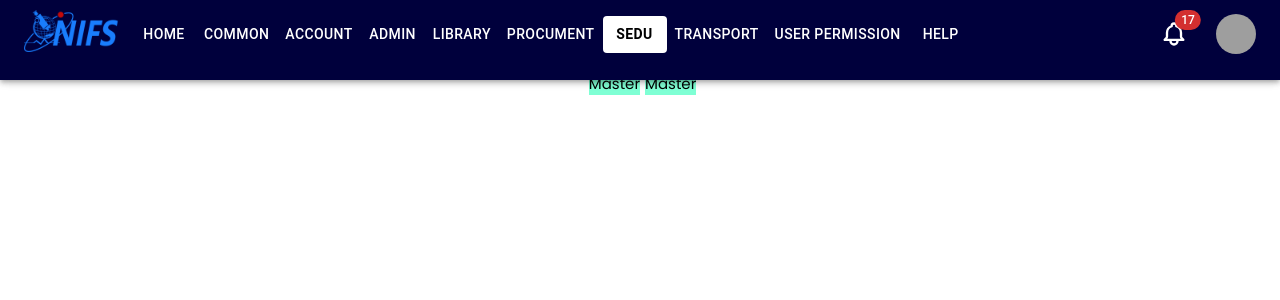
Repository: virangaj/NIFS-WebApp
Page: /sedu (app in client/)
The author's editor kept a copy of each file at every save. The page is drawn from the files as they stood at one save, then again after the next save.
The browser window is 1280 px wide. The pictures show the whole page.
Pictures or frames that could not be fetched are drawn as grey boxes. The project was rebuilt for these pictures with package versions that can differ from the ones it lists, and the page was loaded fresh each time. Also part of the build but not shown: client/src/pages/Login.tsx, client/src/pages/Home.tsx, client/src/components/Transport/shared/TransportNavbar.js, client/src/pages/TransportMainPage.tsx, client/src/pages/CommonMainPage.tsx, client/src/pages/AccountMainPage.tsx, client/src/pages/AdminMainPage.tsx, client/src/pages/LibraryMainPage.js and 4 more.

Above is the page before, as saved 2022-07-27 00:39:58.

### client/public/index.html
<!DOCTYPE html>
<html lang="en">
	<head>
		<meta charset="utf-8" />
		<link rel="icon" href="nifs_logo.png" />
		<meta name="viewport" content="width=device-width, initial-scale=1" />
		<meta name="theme-color" content="#000000" />
		<meta
			name="description"
			content="Web site created using create-react-app"
		/>
		<link rel="apple-touch-icon" href="%PUBLIC_URL%/logo192.png" />
		<!--
      manifest.json provides metadata used when your web app is installed on a
      user's mobile device or desktop. See https://developers.google.com/web/fundamentals/web-app-manifest/
    -->
		<link rel="manifest" href="%PUBLIC_URL%/manifest.json" />
		<!--
      Notice the use of %PUBLIC_URL% in the tags above.
      It will be replaced with the URL of the `public` folder during the build.
      Only files inside the `public` folder can be referenced from the HTML.

      Unlike "/favicon.ico" or "favicon.ico", "%PUBLIC_URL%/favicon.ico" will
      work correctly both with client-side routing and a non-root public URL.
      Learn how to configure a non-root public URL by running `npm run build`.
    -->
		<link
			href="https://fonts.googleapis.com/css?family=Poppins"
			rel="stylesheet"
		/>
		<title>NIFS Dashboard</title>
	</head>
	<body>
		<noscript>You need to enable JavaScript to run this app.</noscript>
		<div id="root"></div>
		<!--
      This HTML file is a template.
      If you open it directly in the browser, you will see an empty page.

      You can add webfonts, meta tags, or analytics to this file.
      The build step will place the bundled scripts into the <body> tag.

      To begin the development, run `npm start` or `yarn start`.
      To create a production bundle, use `npm run build` or `yarn build`.
    -->
	</body>
</html>

### client/src/index.css
* {
  margin: 0;
}

body {
  font-family: 'Poppins';
  -webkit-font-smoothing: antialiased;
  -moz-osx-font-smoothing: grayscale;
}

:root {
  --main-navbar-back: #00003c;

}


.nav-logo {
  width: 100px;
  height: auto;
}

/* main navbar */
.main-navbar {
  background-color: var(--main-navbar-back) !important;
  width: 100% !important;
  height: 80px !important;

}



/* secondary navbar */
.secondary-navbar {
  margin-top: 10vh !important;
  margin: auto;
}

.nav-flex-section {
  display: flex;
  justify-content: center;
}

.nav-flex-inside {
  margin-left: 5px;
  margin-left: 5px;
}

.nav-title {
  font-size: 15px;

}

.nav-title-section {
  background-color: aquamarine;
}

/* body content */
.body-content {
  margin: auto;
  width: 90%;
  margin-top: 10vh;

}

.sub-body-content {
  margin: auto;
  width: 90%;
  margin-top: 3vh;
}

### client/src/App.tsx
import React, { useEffect } from 'react';
import Navbar from './components/shared/Navbar';
import Login from './pages/Login'
import { BrowserRouter as Router, Route, Routes } from 'react-router-dom'
import Home from './pages/Home';
import TransportMainPage from './pages/TransportMainPage';
import CommonMainPage from './pages/CommonMainPage';
import AccountMainPage from './pages/AccountMainPage';
import AdminMainPage from './pages/AdminMainPage';
import LibraryMainPage from './pages/LibraryMainPage';
import ProcumentMainPage from './pages/ProcumentMainPage';
import SeduMainPage from './pages/SeduMainPage';
import UserPermissionMainPage from './pages/UserPermissionMainPage';
import NotificationMainPage from './pages/NotificationMainPage';
import HelpMainPage from './pages/HelpMainPage';

function App() {


  return (
    <Router>
      <Navbar />
      <Routes>

        <Route path="/login" element={<Login />} />
        <Route path="/" element={<Home />} />
        <Route path="/common/*" element={<CommonMainPage />} />
        <Route path="/account/*" element={<AccountMainPage />} />
        <Route path="/admin/*" element={<AdminMainPage />} />
        <Route path="/library/*" element={<LibraryMainPage />} />
        <Route path="/procument/*" element={<ProcumentMainPage />} />
        <Route path="/sedu/*" element={<SeduMainPage />} />
        <Route path="/transport/*" element={<TransportMainPage />} />
        <Route
          path="/user-permission/*"
          element={<UserPermissionMainPage />}
        />
        <Route
          path="/notification/*"
          element={<NotificationMainPage />}
        />
        <Route path="/help/*" element={<HelpMainPage />} />
      </Routes>


    </Router>
  );
}

export default App;

### client/src/components/shared/Navbar.tsx
import * as React from 'react';
import AppBar from '@mui/material/AppBar';
import Box from '@mui/material/Box';
import Toolbar from '@mui/material/Toolbar';
import IconButton from '@mui/material/IconButton';
import Typography from '@mui/material/Typography';
import Menu from '@mui/material/Menu';
import Container from '@mui/material/Container';
import Avatar from '@mui/material/Avatar';
import Button from '@mui/material/Button';
import Tooltip from '@mui/material/Tooltip';
import MenuItem from '@mui/material/MenuItem';
import { HiMenuAlt2, HiOutlineBell } from "react-icons/hi";
import Badge from '@mui/material/Badge';
import Logo from '../../images/nifs_logo.png'
import { Link, useLocation } from 'react-router-dom';
const pages = [
    {
        id: 0,
        title: 'Home',
        link: '/',
    },
    {
        id: 1,
        title: 'Common',
        link: '/common',
    },
    {
        id: 2,
        title: 'Account',
        link: '/account',
    },
    {
        id: 3,
        title: 'Admin',
        link: '/admin',
    },
    {
        id: 4,
        title: 'Library',
        link: '/library',
    },
    {
        id: 5,
        title: 'Procument',
        link: '/procument',
    },
    {
        id: 6,
        title: 'SEDU',
        link: '/sedu',
    },
    {
        id: 7,
        title: 'Transport',
        link: '/transport',
    },
    {
        id: 8,
        title: 'User Permission',
        link: '/user-permission',
    },
    // {
    //     id: 9,
    //     title: 'Notification',
    //     link: '/notification',
    // },
    {
        id: 10,
        title: 'Help',
        link: '/help',
    },
];
const settings = [
    {
        id: 0,
        title: 'Login',
        link: '/login',
    },
];
const Navbar = () => {

    const location: any = useLocation();
    console.log(location.pathname.split('/')[1])


    const [anchorElNav, setAnchorElNav] = React.useState<null | HTMLElement>(null);
    const [anchorElUser, setAnchorElUser] = React.useState<null | HTMLElement>(null);

    const handleOpenNavMenu = (event: React.MouseEvent<HTMLElement>) => {
        setAnchorElNav(event.currentTarget);
    };
    const handleOpenUserMenu = (event: React.MouseEvent<HTMLElement>) => {
        setAnchorElUser(event.currentTarget);
    };

    const handleCloseNavMenu = () => {
        setAnchorElNav(null);
    };

    const handleCloseUserMenu = () => {
        setAnchorElUser(null);
    };

    return (
        <AppBar position="fixed" className="main-navbar">
            <Container maxWidth="xl">
                <Toolbar disableGutters>
                    {/*Responsive view start here  */}
                    <Box sx={{ display: { xs: 'none', md: 'flex' }, mr: 1 }}>
                        <Link to='/'>
                            <img src={Logo} alt="logo" className="nav-logo" />
                        </Link>
                    </Box>


                    <Box sx={{ flexGrow: 1, display: { xs: 'flex', md: 'none' } }}>
                        <IconButton
                            size="large"
                            aria-label="account of current user"
                            aria-controls="menu-appbar"
                            aria-haspopup="true"
                            onClick={handleOpenNavMenu}
                            color="inherit"
                        >
                            <HiMenuAlt2 />
                        </IconButton>
                        <Menu
                            id="menu-appbar"
                            anchorEl={anchorElNav}
                            anchorOrigin={{
                                vertical: 'bottom',
                                horizontal: 'left',
                            }}
                            keepMounted
                            transformOrigin={{
                                vertical: 'top',
                                horizontal: 'left',
                            }}
                            open={Boolean(anchorElNav)}
                            onClose={handleCloseNavMenu}
                            sx={{
                                display: { xs: 'block', md: 'none' },
                            }}
                        >
                            {pages && pages.map((page) => (
                                location.pathname.split('/')[1] === page.link.split('/')[1] ?
                                    <Link to={page.link} style={{ textDecoration: 'none' }} >
                                        <Button
                                            key={page.id}
                                            onClick={handleCloseNavMenu}
                                            sx={{ my: 2, color: 'white', display: 'block' }}
                                            style={{ backgroundColor: '#000', color: '#fff', fontWeight: 700 }}
                                        >
                                            {page.title}
                                        </Button>
                                    </Link>
                                    :
                                    <Link to={page.link} style={{ textDecoration: 'none' }} >
                                        <Button
                                            key={page.id}
                                            onClick={handleCloseNavMenu}
                                            sx={{ my: 2, color: 'white', display: 'block' }}
                                            style={{ backgroundColor: '#fff', color: '#000' }}
                                        >
                                            {page.title}
                                        </Button>
                                    </Link>
                            ))}
                        </Menu>
                    </Box>
                    {/* Responsive view ends here */}

                    {/* Full width starts here */}
                    <Box
                        sx={{
                            mr: 2,
                            display: { xs: 'flex', md: 'none' },
                            flexGrow: 1,
                        }}
                    >
                        <Link to='/'>
                            <img src={Logo} alt="logo" className="nav-logo" />
                        </Link>
                    </Box>

                    <Box sx={{ flexGrow: 1, display: { xs: 'none', md: 'flex' } }}>
                        {pages.map((page) => (
                            location.pathname.split('/')[1] === page.link.split('/')[1] ?
                                <Link to={page.link} style={{ textDecoration: 'none' }} >
                                    <Button
                                        key={page.id}
                                        onClick={handleCloseNavMenu}
                                        sx={{ my: 2, color: 'white', display: 'block' }}
                                        style={{ backgroundColor: '#fff', color: '#000', fontWeight: 700 }}


                                    >
                                        {page.title}
                                    </Button>
                                </Link>
                                :
                                <Link to={page.link} style={{ textDecoration: 'none' }} >
                                    <Button
                                        key={page.id}
                                        onClick={handleCloseNavMenu}
                                        sx={{ my: 2, color: 'white', display: 'block' }}

                                    >
                                        {page.title}
                                    </Button>
                                </Link>
                        ))}
                    </Box>
                    <IconButton
                        size="large"
                        aria-label="show 17 new notifications"
                        color="inherit"
                        sx={{ mr: 2 }}
                    >
                        <Badge badgeContent={17} color="error">
                            <HiOutlineBell />
                        </Badge>
                    </IconButton>
                    <Box sx={{ flexGrow: 0 }}>
                        <Tooltip title="Open settings">
                            <IconButton onClick={handleOpenUserMenu} sx={{ p: 0 }}>
                                <Avatar alt="Remy Sharp" src="/static/images/avatar/2.jpg" />
                            </IconButton>
                        </Tooltip>
                        <Menu
                            sx={{ mt: '45px' }}
                            id="menu-appbar"
                            anchorEl={anchorElUser}
                            anchorOrigin={{
                                vertical: 'top',
                                horizontal: 'right',
                            }}
                            keepMounted
                            transformOrigin={{
                                vertical: 'top',
                                horizontal: 'right',
                            }}
                            open={Boolean(anchorElUser)}
                            onClose={handleCloseUserMenu}
                        >
                            {settings && settings.map((setting) => (
                                <MenuItem key={setting.id} onClick={handleCloseUserMenu}>
                                    <Typography textAlign="center">{setting.title}</Typography>
                                </MenuItem>
                            ))}
                        </Menu>
                    </Box>
                </Toolbar>
            </Container>
        </AppBar>
    );
};
export default Navbar;

### client/src/pages/SeduMainPage.tsx
import React from 'react';
import { Route, Routes } from 'react-router-dom';
import SeduSecondaryNavbar from '../components/sedu/SeduSecondaryNavbar';
import SecondaryNavbar from '../components/shared/SecondaryNavbar';


// sedu main page where all other section of sedu department can be access from here
function SeduMainPage() {

	return <div>
		<SeduSecondaryNavbar />
		<div className="sub-body-content">
			<Routes>
				{/* <Route path="/" element={<NewRequest />} />
					<Route path="/recommend" element={<RecommendedRequest />} />
					<Route path="/approve" element={<ApproveRequest />} /> */}
			</Routes>
		</div>
	</div>;
}

export default SeduMainPage;

### client/src/components/sedu/SeduSecondaryNavbar.tsx
import { Box } from '@mui/material'
import React from 'react'

import { FaArtstation, FaApple, FaAppStoreIos } from "react-icons/fa";
function SeduSecondaryNavbar() {

    return (
        <Box sx={{ width: '90%' }} className="secondary-navbar nav-flex-section">
            <div className='nav-flex-inside'>
                <div className='nav-title-section'>
                    <p className='nav-title'>Master</p>
                </div>
            </div>
            <div className='nav-flex-inside'>
                <div className='nav-title-section'>
                    <p className='nav-title'>Master</p>
                </div>
            </div>
        </Box>
    )
}

export default SeduSecondaryNavbar

Loaded but not shown: client/src/index.tsx (common file); client/src/reportWebVitals.ts (common file)

After the next save:
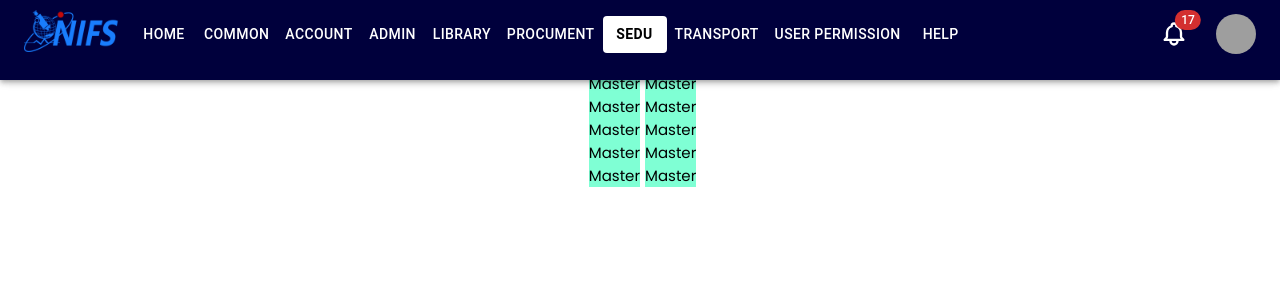
Saved 23 s later.
--- a/client/src/components/sedu/SeduSecondaryNavbar.tsx
+++ b/client/src/components/sedu/SeduSecondaryNavbar.tsx
@@ -9,11 +9,23 @@ function SeduSecondaryNavbar() {
             <div className='nav-flex-inside'>
                 <div className='nav-title-section'>
                     <p className='nav-title'>Master</p>
+                    <div>
+                        <p className='nav-title'>Master</p>
+                        <p className='nav-title'>Master</p>
+                        <p className='nav-title'>Master</p>
+                        <p className='nav-title'>Master</p>
+                    </div>
                 </div>
             </div>
             <div className='nav-flex-inside'>
                 <div className='nav-title-section'>
                     <p className='nav-title'>Master</p>
+                    <div>
+                        <p className='nav-title'>Master</p>
+                        <p className='nav-title'>Master</p>
+                        <p className='nav-title'>Master</p>
+                        <p className='nav-title'>Master</p>
+                    </div>
                 </div>
             </div>
         </Box>
